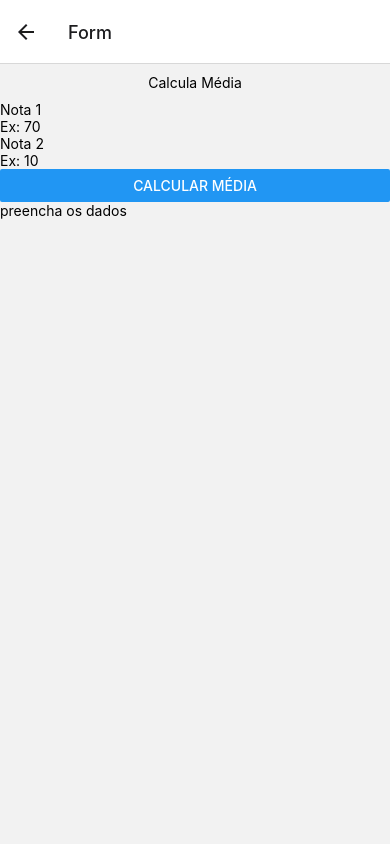
Repository: DS151-UFPR-2023/DS151_Israel-De-Quadros_EX4
Screen: /Form
An editor plug-in stored every save of this project. The screen is shown before and after the next save, followed by the edit.
The app was drawn by React Native's web renderer in a window 390 px wide. The project was rebuilt for these pictures with package versions that can differ from the ones it lists, and the page was loaded fresh each time. Also part of the build but not shown: src/components/main/index.js, src/components/novoComponente/index.js, src/components/counterScreen.js, src/components/ColorList.js.

Above is the screen before, as saved 2023-09-08 18:25:26.

After the next save:
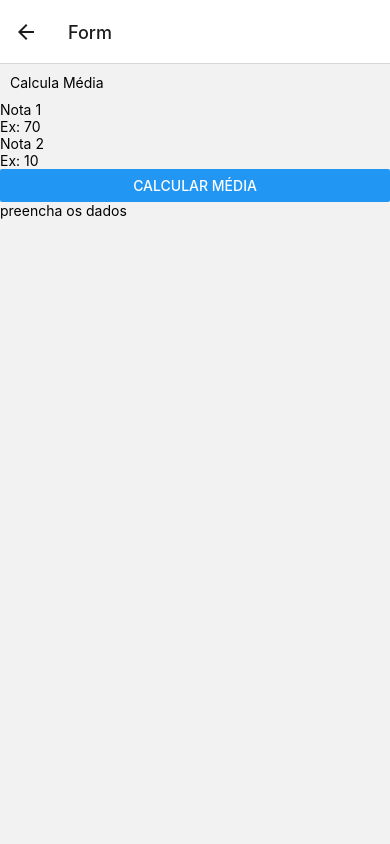
Saved 10 s later.
--- a/src/components/title/index.js
+++ b/src/components/title/index.js
@@ -4,8 +4,8 @@ import styles from "../style";
 
 export default function Title() {
     return (
-        <View style={styles.boxTitle}>
-            <Text>Calcula Média</Text>
+        <View >
+            <Text style={styles.boxTitle}>Calcula Média</Text>
         </View>
     );
 }
